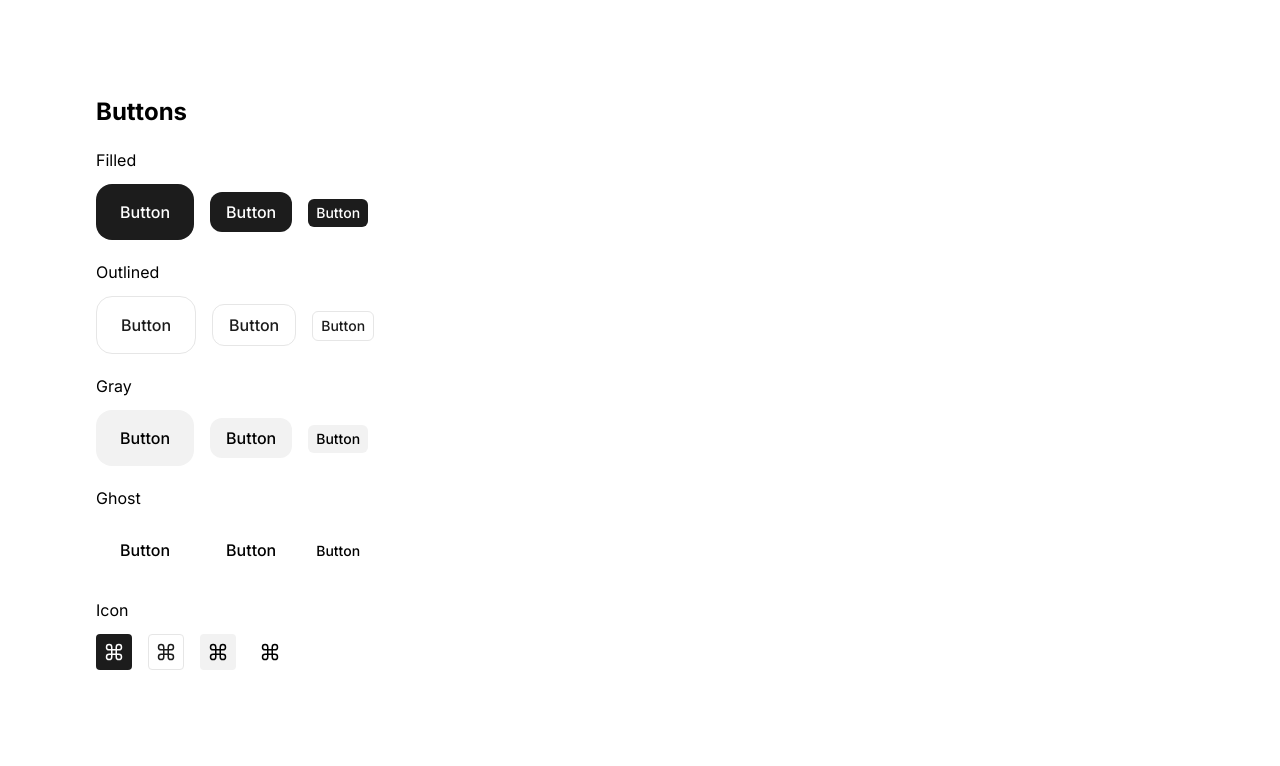
Repository: ggonzaga29/polarized-dashboard
Page: /
These files come from the project's save history. The page is drawn as it stood at one moment and after the next save; the edit follows.
The browser window is 1280 px wide. The pictures show the whole page.
The project was rebuilt for these pictures with package versions that can differ from the ones it lists, and the page was loaded fresh each time. The framework's server and built-in components were replaced by stand-ins that run in the browser. Also part of the build but not shown: next.config.js.

Above is the page before, as saved 2023-08-04 00:47:53.

### src/app/layout.jsx
import './globals.css';
import { Inter } from 'next/font/google';
import { ThemeProvider } from '@/context/theme-provider';

const inter = Inter({ subsets: ['latin'] });

export const metadata = {
  title: 'Polarized | Dashboard',
};

export default function RootLayout({ children }) {
  return (
    <html lang="en">
      <body className={inter.className}>
        <ThemeProvider attribute="class" defaultTheme="system" enableSystem>
          {children}
        </ThemeProvider>
      </body>
    </html>
  );
}

### src/app/page.jsx
'use client';

import Image from 'next/image';
import { Button } from '@/components/ui/button';
import { Command } from '@phosphor-icons/react';

export default function Home() {
  return (
    <main className="min-h-screen flex-col items-center justify-between p-24 space-y-5">
      <h1 className="text-2xl font-bold">Buttons</h1>
      <div>
        <h2>Filled</h2>
        <div className="space-x-4 mt-3">
          <Button variant="filled" size="lg">
            Button
          </Button>
          <Button variant="filled" size="md">
            Button
          </Button>
          <Button variant="filled" size="sm">
            Button
          </Button>
        </div>
      </div>
      <div>
        <h2>Outlined</h2>
        <div className="space-x-4 mt-3">
          <Button variant="outlined" size="lg">
            Button
          </Button>
          <Button variant="outlined" size="md">
            Button
          </Button>
          <Button variant="outlined" size="sm">
            Button
          </Button>
        </div>
      </div>
      <div>
        <h2>Gray</h2>
        <div className="space-x-4 mt-3">
          <Button variant="gray" size="lg">
            Button
          </Button>
          <Button variant="gray" size="md">
            Button
          </Button>
          <Button variant="gray" size="sm">
            Button
          </Button>
        </div>
      </div>
      <div>
        <h2>Ghost</h2>
        <div className="space-x-4 mt-3">
          <Button variant="ghost" size="lg">
            Button
          </Button>
          <Button variant="ghost" size="md">
            Button
          </Button>
          <Button variant="ghost" size="sm">
            Button
          </Button>
        </div>
      </div>
      <div>
        <h2>Icon</h2>
        <div className="space-x-4 mt-3">
          <Button variant="filled" size="icon">
            <Command className="h-6 w-6" />
          </Button>
          <Button variant="outlined" size="icon">
            <Command className="h-6 w-6" />
          </Button>
          <Button variant="gray" size="icon">
            <Command className="h-6 w-6" />
          </Button>
          <Button variant="ghost" size="icon">
            <Command className="h-6 w-6" />
          </Button>
        </div>
      </div>
    </main>
  );
}

### src/app/globals.css
@tailwind base;
@tailwind components;
@tailwind utilities;

@layer base {
  :root {
    /* --background: 0 0% 100%;
    --foreground: 240 10% 3.9%;

    --muted: 240 4.8% 95.9%;
    --muted-foreground: 240 3.8% 46.1%;

    --popover: 0 0% 100%;
    --popover-foreground: 240 10% 3.9%;

    --card: 0 0% 100%;
    --card-foreground: 240 10% 3.9%;

    --border: 240 5.9% 90%;
    --input: 240 5.9% 90%;

    --primary: 240 5.9% 10%;
    --primary-foreground: 0 0% 98%;

    --secondary: 240 4.8% 95.9%;
    --secondary-foreground: 240 5.9% 10%;

    --accent: 240 4.8% 95.9%;
    --accent-foreground: 240 5.9% 10%;

    --destructive: 0 84.2% 60.2%;
    --destructive-foreground: 0 0% 98%;

    --ring: 240 5% 64.9%;

    --radius: 0.5rem; */

    /* 1C1C1C */
    /* Black shades */
    --shade-100: hsl(0, 0%, 11%);
    --shade-80: hsl(0, 0%, 20%);
    --shade-40: hsl(0, 0%, 40%);
    --shade-20: hsl(0, 0%, 60%);
    --shade-10: hsl(0, 0%, 90%);
    --shade-5: hsl(0, 0%, 95%);

    /* White tints */
    --tint-100: hsl(0, 0%, 100%);
    --tint-80: hsl(0, 0%, 80%);
    --tint-40: hsl(0, 0%, 60%);
    --tint-20: hsl(0, 0%, 40%);
    --tint-10: hsl(0, 0%, 20%);
    --tint-5: hsl(0, 0%, 10%);

    /* F7F9FB */
    --primary-light: hsl(210, 50%, 98%);
    /* E3F5FF */
    --primary-blue: hsl(210, 90%, 95%);
    /* E5ECF6 */
    --primary-purple: hsl(240, 20%, 90%);
    /* 1C1C1C */
    --primary-brand: hsl(0, 0%, 11%);

    /* 95A4FC */
    --secondary-purple-a: hsl(240, 60%, 75%);
    /* A8C5DA */
    --secondary-blue-a: hsl(200, 30%, 75%);
    /* E3F5FF */
    --secondary-blue-b: hsl(210, 90%, 95%);
    /* A1E3CB */
    --secondary-green-a: hsl(160, 70%, 75%);
    /* BAEDBD */
    --secondary-green-b: hsl(100, 40%, 75%);
    /* FFE999 */
    --secondary-yellow: hsl(50, 100%, 75%);
    /* FF4747 */
    --secondary-red: hsl(0, 100, 64);
  }

  .dark {
    /* --background: 240 10% 3.9%;
    --foreground: 0 0% 98%;

    --muted: 240 3.7% 15.9%;
    --muted-foreground: 240 5% 64.9%;

    --popover: 240 10% 3.9%;
    --popover-foreground: 0 0% 98%;

    --card: 240 10% 3.9%;
    --card-foreground: 0 0% 98%;

    --border: 240 3.7% 15.9%;
    --input: 240 3.7% 15.9%;

    --primary: 0 0% 98%;
    --primary-foreground: 240 5.9% 10%;

    --secondary: 240 3.7% 15.9%;
    --secondary-foreground: 0 0% 98%;

    --accent: 240 3.7% 15.9%;
    --accent-foreground: 0 0% 98%;

    --destructive: 0 62.8% 30.6%;
    --destructive-foreground: 0 85.7% 97.3%;

    --ring: 240 3.7% 15.9%; */
  }
}

### src/components/ui/button.jsx
import React from 'react';
import { Slot } from '@radix-ui/react-slot';
import { cva } from 'class-variance-authority';
import { twMerge } from 'tailwind-merge';

const button = cva(
  [
    'inline-flex items-center gap-2 justify-center font-medium transition-colors disabled:pointer-events-none disabled:opacity-50',
  ],
  {
    variants: {
      variant: {
        filled: ['bg-primary-brand', 'text-white', "hover:bg-tint-10"],
				outlined: ['border border-shade-10', 'text-shade-100', 'hover:border-shade-80'],
				gray: ['bg-shade-5', 'text-black', 'hover:bg-shade-10'],
				ghost: ['text-black', 'hover:bg-shade-10'],
      },

      size: {
        sm: ['px-2', 'py-1', 'rounded-md', "text-sm"],
        md: ['px-4', 'py-2', 'rounded-xl'],
        lg: ['px-6', 'py-4', 'rounded-2xl'],
				icon: ['w-9 h-9', 'rounded'],
      },
    },
		defaultVariants: {
			variant: 'filled',
			size: 'md',
		}
  },
);

const Button = ({ asChild, variant, size, className, children }) => {
	const Component = asChild ? Slot : 'button';

	return (
    <Component className={twMerge(button({ variant, size }), className)}>
      {children}
    </Component>
  );
};

Button.displayName = 'Button';

export { Button };

### tailwind.config.js
/** @type {import('tailwindcss').Config} */
module.exports = {
	darkMode: ["class"],
	content: [
		'./pages/**/*.{js,jsx}',
		'./components/**/*.{js,jsx}',
		'./app/**/*.{js,jsx}',
		'./src/**/*.{js,jsx}',
	],
	theme: {
		// container: {
		//   center: true,
		//   padding: "2rem",
		//   screens: {
		//     "2xl": "1400px",
		//   },
		// },
		extend: {
			colors: {

				// --black-100: hsl(0, 0%, 11%);
				// --black-80: hsl(0%, 11%, 80%);

				// --white-100: hsl(0, 0%, 100%);
				// --white-80: hsl(0, 0%, 80%);
				// --white-40: hsl(0, 0%, 40%);
				// --white-20: hsl(0, 0%, 20%);
				// --white-10: hsl(0, 0%, 10%);
				// --white-5: hsl(0, 0%, 5%);


				shade: {
					100: "var(--shade-100)",
					80: "var(--shade-80)",
					40: "var(--shade-40)",
					20: "var(--shade-20)",
					10: "var(--shade-10)",
					5: "var(--shade-5)",
				},

				tint: {
					100: "var(--tint-100)",
					80: "var(--tint-80)",
					40: "var(--tint-40)",
					20: "var(--tint-20)",
					10: "var(--tint-10)",
					5: "var(--tint-5)",
				},

				primary: {
					brand: "var(--primary-brand)",
				}


				// border: "hsl(var(--border))",
				// input: "hsl(var(--input))",
				// ring: "hsl(var(--ring))",
				// background: "hsl(var(--background))",
				// foreground: "hsl(var(--foreground))",
				// primary: {
				//   DEFAULT: "hsl(var(--primary))",
				//   foreground: "hsl(var(--primary-foreground))",
				// },
				// secondary: {
				//   DEFAULT: "hsl(var(--secondary))",
				//   foreground: "hsl(var(--secondary-foreground))",
				// },
				// destructive: {
				//   DEFAULT: "hsl(var(--destructive))",
				//   foreground: "hsl(var(--destructive-foreground))",
				// },
				// muted: {
				//   DEFAULT: "hsl(var(--muted))",
				//   foreground: "hsl(var(--muted-foreground))",
				// },
				// accent: {
				//   DEFAULT: "hsl(var(--accent))",
				//   foreground: "hsl(var(--accent-foreground))",
				// },
				// popover: {
				//   DEFAULT: "hsl(var(--popover))",
				//   foreground: "hsl(var(--popover-foreground))",
				// },
				// card: {
				//   DEFAULT: "hsl(var(--card))",
				//   foreground: "hsl(var(--card-foreground))",
				// },
			},
			borderRadius: {
				// lg: "var(--radius)",
				// md: "calc(var(--radius) - 2px)",
				// sm: "calc(var(--radius) - 4px)",
			},
			keyframes: {
				// "accordion-down": {
				//   from: { height: 0 },
				//   to: { height: "var(--radix-accordion-content-height)" },
				// },
				// "accordion-up": {
				//   from: { height: "var(--radix-accordion-content-height)" },
				//   to: { height: 0 },
				// },
			},
			animation: {
				// "accordion-down": "accordion-down 0.2s ease-out",
				// "accordion-up": "accordion-up 0.2s ease-out",
			},
		},
	},
	plugins: [require("tailwindcss-animate")],
}

Loaded but not shown: src/context/theme-provider.jsx (common file)

After the next save:
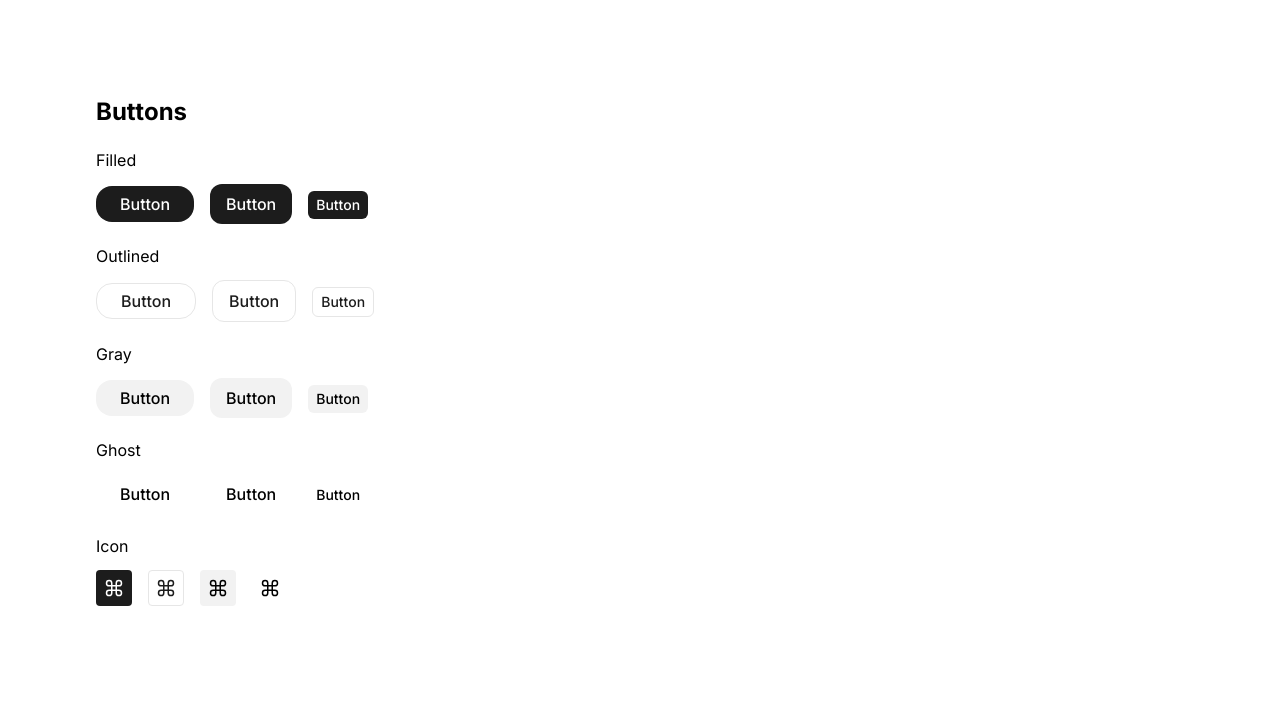
Saved 15 s later.
--- a/src/components/ui/button.jsx
+++ b/src/components/ui/button.jsx
@@ -19,7 +19,7 @@ const button = cva(
       size: {
         sm: ['px-2', 'py-1', 'rounded-md', "text-sm"],
         md: ['px-4', 'py-2', 'rounded-xl'],
-        lg: ['px-6', 'py-4', 'rounded-2xl'],
+        lg: ['h-9', 'px-6', 'py-4', 'rounded-2xl'],
 				icon: ['w-9 h-9', 'rounded'],
       },
     },
